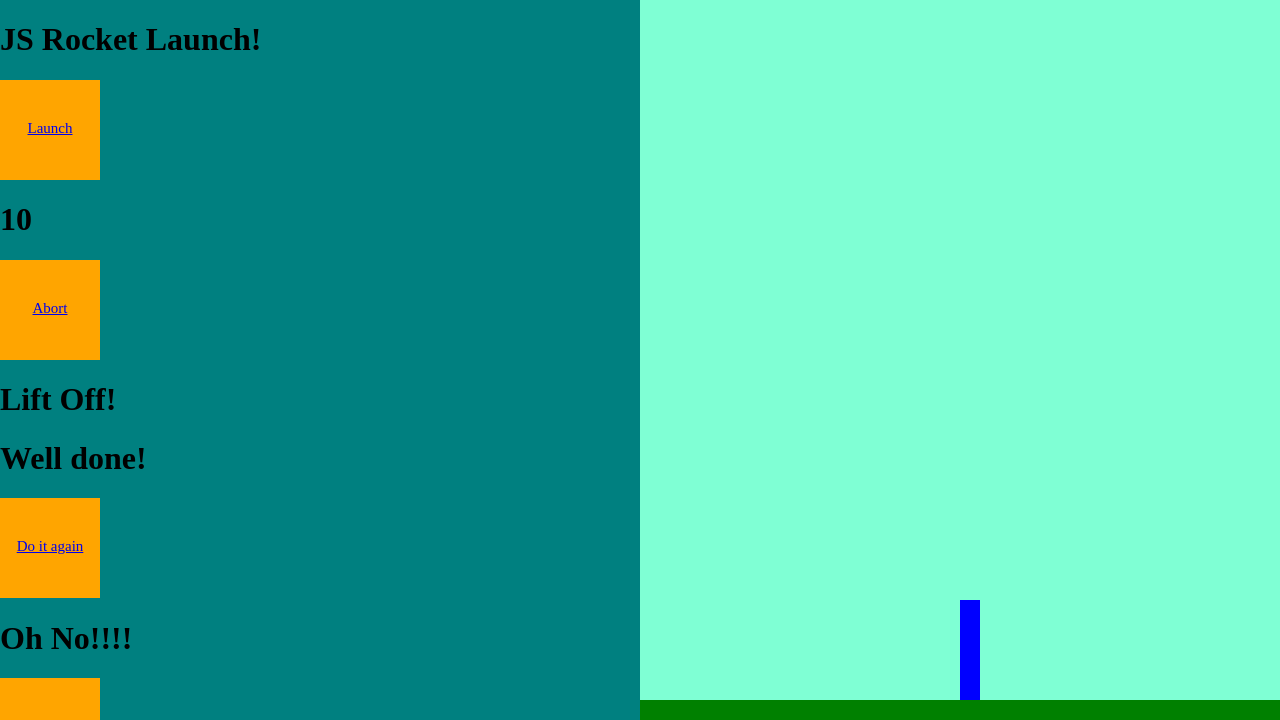
Repository: alcarrizo/Rocket-launch
Page: index.html
The author's editor kept a copy of each file at every save. The page is drawn from the files as they stood at one save, then again after the next save.
The browser window is 1280 px wide. The pictures show the whole page.

Above is the page before, as saved 2022-10-19 20:47:10.

### index.html
<!DOCTYPE html>
<html lang="en">
<head>
    <meta charset="UTF-8">
    <meta http-equiv="X-UA-Compatible" content="IE=edge">
    <meta name="viewport" content="width=device-width, initial-scale=1.0">
    <title>Rocket Launch sequence</title>
    <script type="text/javascript" src="js/script.js"> </script>
    <link rel="stylesheet" href="css/style.css">
</head>
<body>
    <div class="left">
        <div class="state1">
            <h1>JS Rocket Launch!</h1>
            <a href="#" class="button" onclick="startCountDown();">Launch</a>
        </div>
        <div class="state2">
            <h1 class="countdown">10</h1>
            <a href="#" class="button" onclick="abort();">Abort</a>
        </div>
        <div class="state3">
            <h1>Lift Off!</h1>
        </div>
        <div class="state4">
            <h1>Well done!</h1>
            <a href="#" class="button" onclick="doItAgain();">Do it again</a>
        </div>
        <div class="state1">
            <h1>Oh No!!!!</h1>
            <a href="#" class="button" onclick="doItAgain();">Try Again!</a>
        </div>
    </div>

    <div class="right">
        <div class="rocket" id="rocket"></div>
        <div class="ground"></div>
    </div>
</body>
</html>

### js/script.js
var startCountDown = function () {
    document.getElementById('rocket').className = 'rocket flying';
}

### css/style.css
body {
    position: relative;
}

.left {
    position: fixed;
    box-sizing: border-box;
    width: 50%;
    height: 100%;
    top: 0;
    left: 0;
    background-color: teal;
}

.right {
    position: fixed;
    box-sizing: border-box;
    width: 50%;
    height: 100%;
    top: 0;
    right: 0;
    background-color: aquamarine;
}

.rocket {
    position: absolute;
    left: 50%;
    bottom: 20px;
    width: 20px;
    height: 100px;
    background-color: blue;
    transition: bottom 10s;

}

.rocket.flying {
    bottom: 1000px;
}


.ground {
    background-color: green;
    position: absolute;
    bottom: 0;
    left: 0;
    width: 100%;
    height: 20px;
}

a {}

a.button {
    display: block;
    box-sizing: border-box;
    text-align: center;
    padding-top: 40px;
    height: 100px;
    width: 100px;
    font-size: 15px;
    background-color: orange;

}

After the next save:
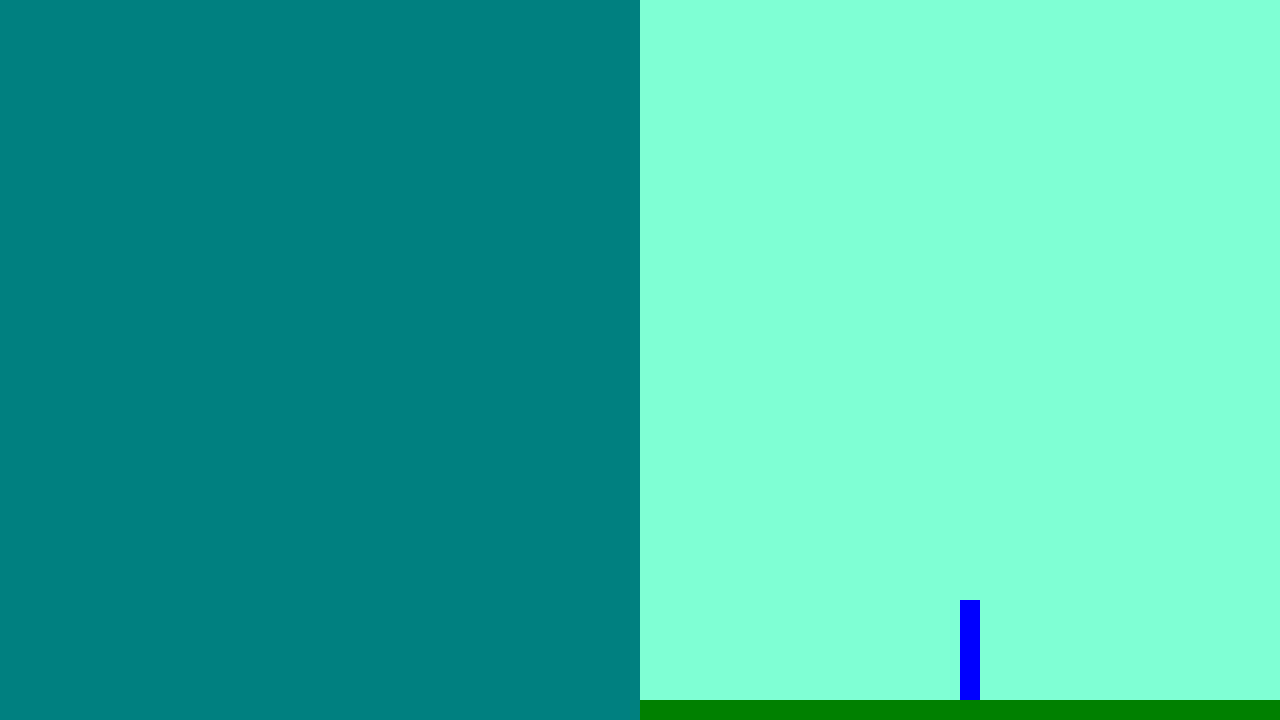
Saved 75 s later.
--- a/css/style.css
+++ b/css/style.css
@@ -60,3 +60,24 @@ a.button {
     background-color: orange;
 
 }
+
+.state1 {
+    display: none;
+
+}
+
+.state2 {
+    display: none;
+}
+
+.state3 {
+    display: none;
+}
+
+.state4 {
+    display: none;
+}
+
+.state5 {
+    display: none;
+}
